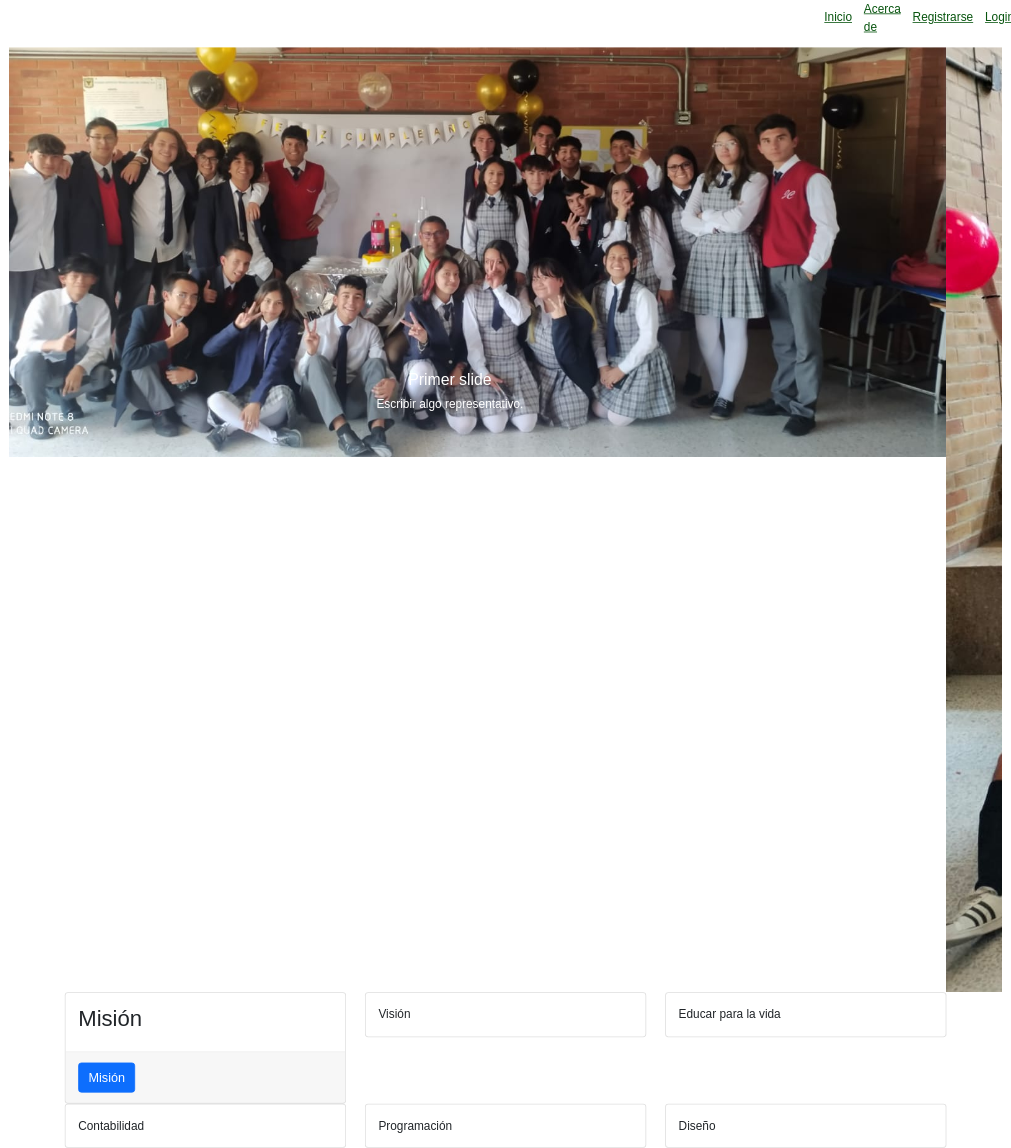
Repository: AntonnySant/webColegio
Page: index.html
These files come from the project's save history. The page is drawn as it stood at one moment and after the next save; the edit follows.
The browser window is 1280 px wide. The pictures show the whole page, at 79% of full size.

Above is the page before, as saved 2023-10-17 17:02:49.
Console error: TypeError: Cannot set properties of null (setting 'onclick')

After the next save:
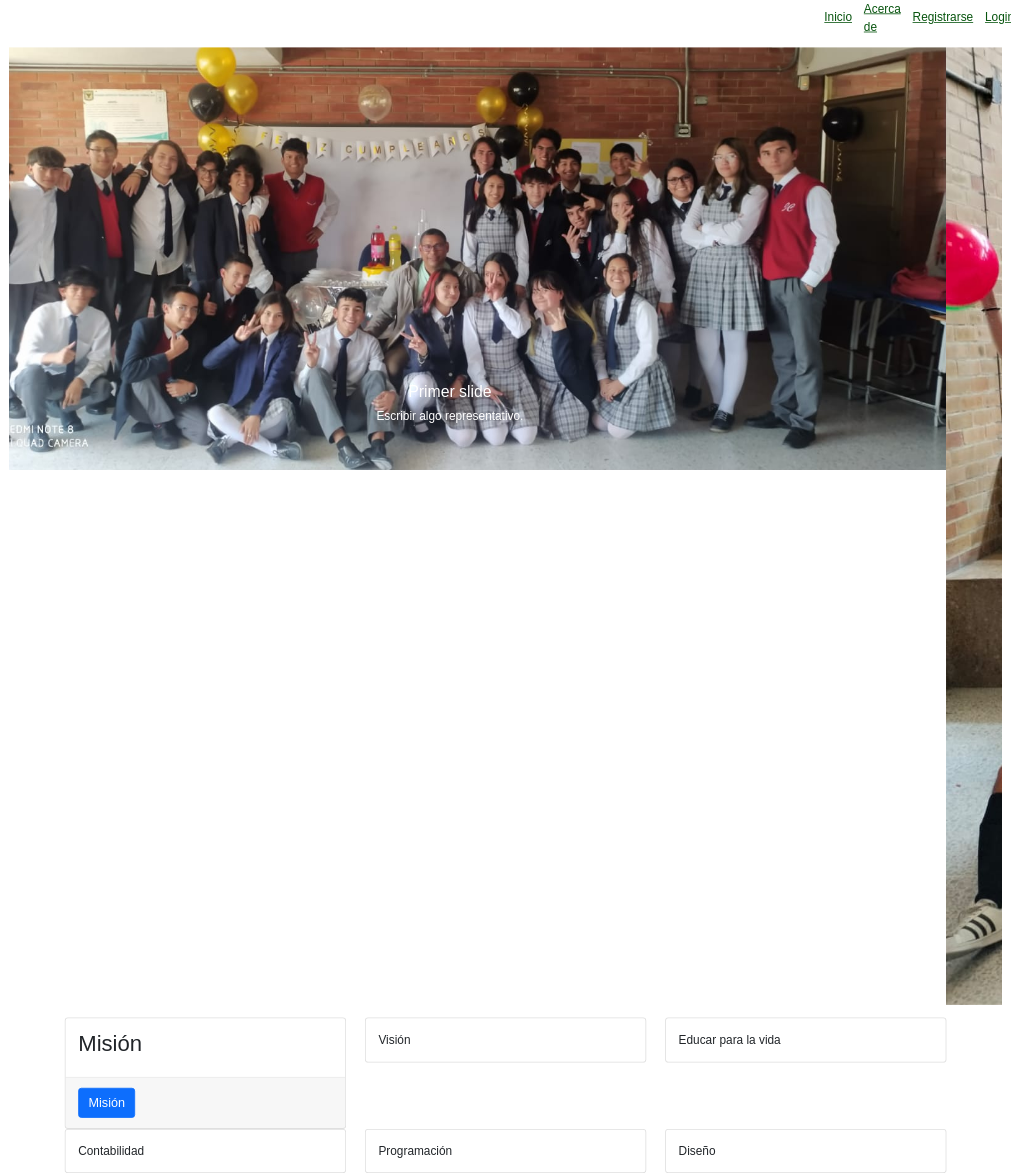
Saved 31 s later.
--- a/index.html
+++ b/index.html
@@ -64,7 +64,7 @@
     <div class="container-fluid">
         <!-- Carrosul dinamico con las 4 imagenes  -->
         <!-- <div class="container"> -->
-        <div class="row">
+        <div class="row py-3">
             <div id="carrusel" class="carousel slide" data-bs-ride="carousel">
                 <div class="carousel-indicators">
                     <button type="button" data-bs-target="#carouselExampleCaptions" data-bs-slide-to="0" class="active"
